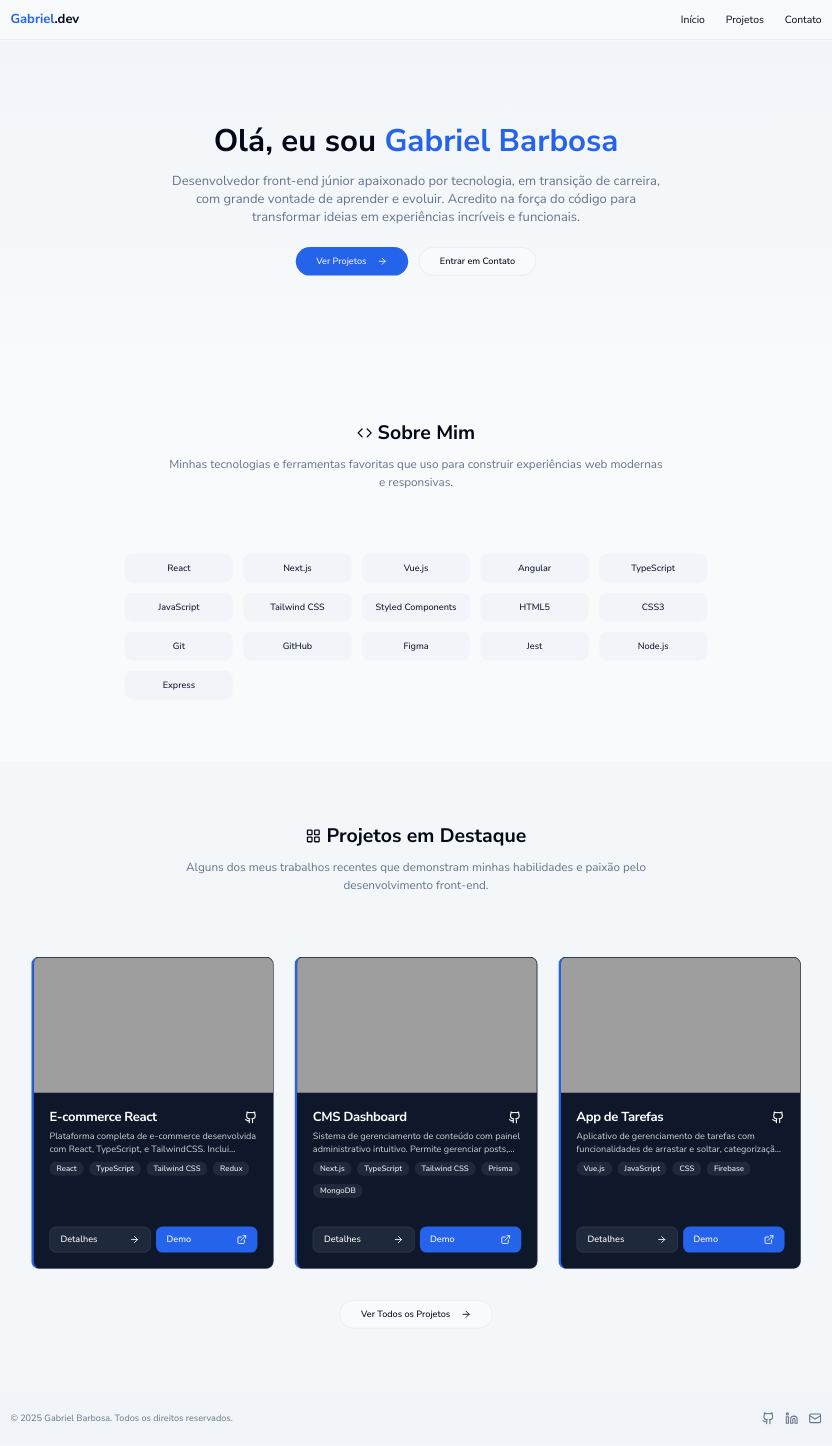
Repository: Biel-barbosa/portfolio-gabriel
Page: /
These files come from the project's save history. The page is drawn as it stood at one moment and after the next save; the edit follows.
The browser window is 1280 px wide. The pictures show the whole page, at 65% of full size.
Pictures or frames that could not be fetched are drawn as grey boxes. The project was rebuilt for these pictures with package versions that can differ from the ones it lists, and the page was loaded fresh each time. Also part of the build but not shown: vite.config.ts, src/components/ui/tooltip.tsx, src/components/ui/tabs.tsx, src/pages/Projects.tsx, src/pages/ProjectDetail.tsx, src/pages/Contact.tsx, src/pages/NotFound.tsx.

Above is the page before, as saved 2025-05-20 16:44:18.

After the next save:
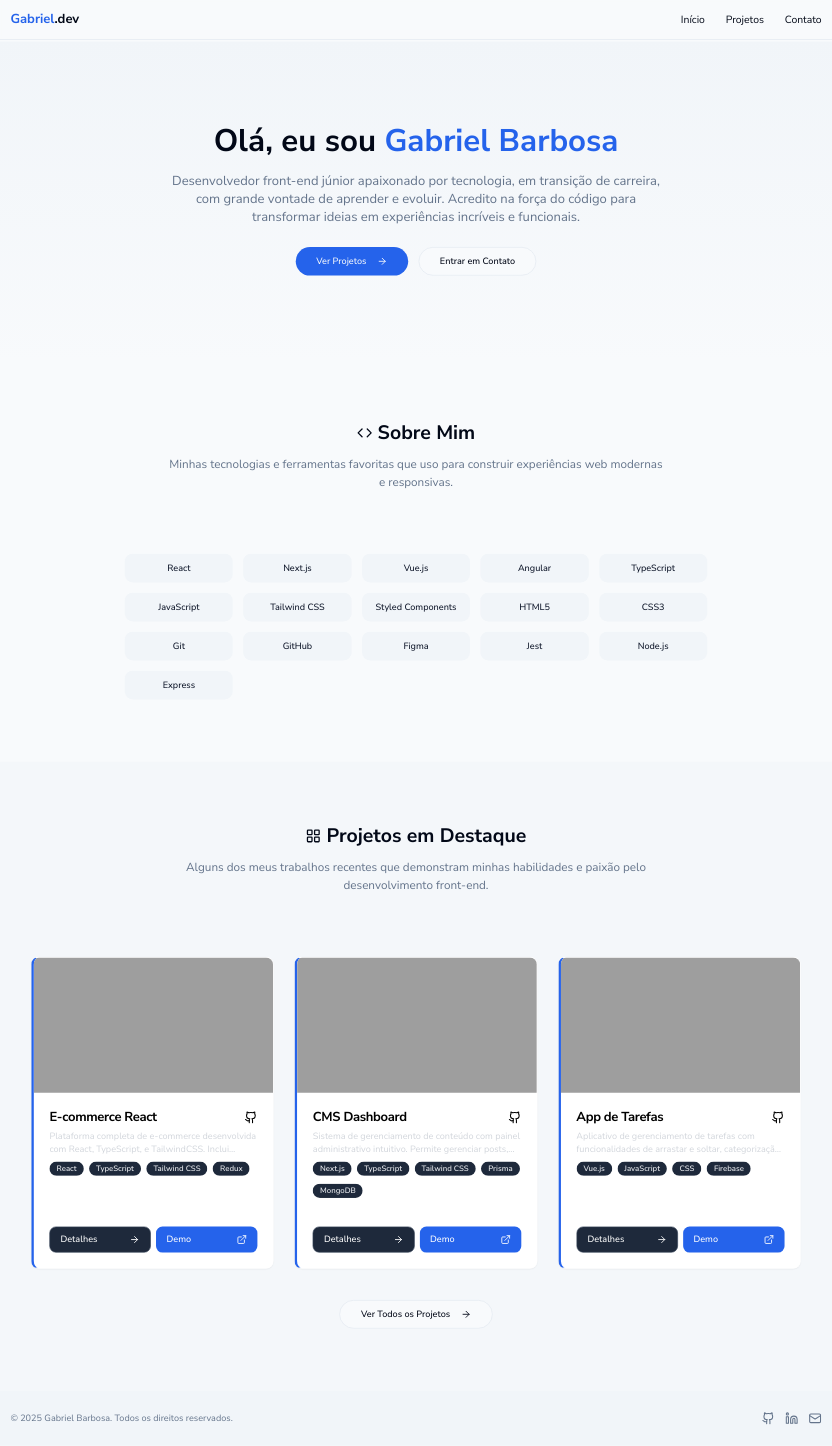
Saved 39 s later.
--- a/src/components/ProjectCard.tsx
+++ b/src/components/ProjectCard.tsx
@@ -27,7 +27,7 @@ const ProjectCard: React.FC<ProjectCardProps> = ({ project, featured = false })
   const projectImage = project.imageUrl || fallbackImages[imageIndex];
 
   return (
-    <Card className={`overflow-hidden flex flex-col bg-slate-900 border-slate-800 text-white hover:border-primary transition-all duration-300 ${featured ? 'border-l-4 border-l-primary' : ''}`}>
+    <Card className={`overflow-hidden flex flex-col bg-white border-white text-black hover:border-primary transition-all duration-300 ${featured ? 'border-l-4 border-l-primary' : ''}`}>
       <div className="h-52 overflow-hidden">
         <img
           src={projectImage}
